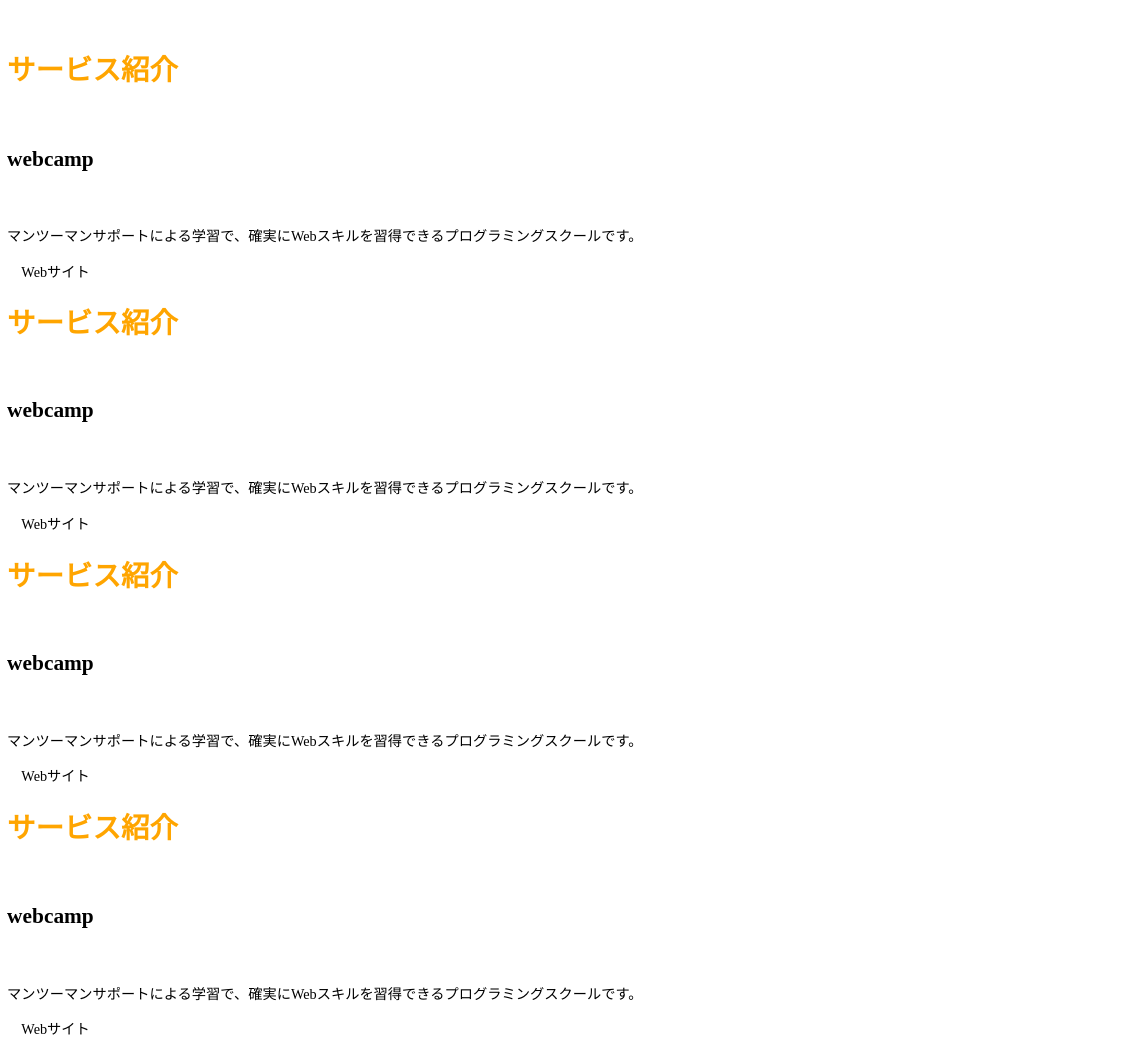
Repository: Takahiro620/dmmwebcamp
Page: enshu2/enshu2.html
The author's editor kept a record of every edit. The page is drawn from the files as they stood at one moment, then again after the next edit.
The browser window is 1280 px wide. The pictures show the whole page, at 89% of full size.

Above is the page before.

### enshu2/enshu2.html
  <head>
    <meta charset="UTF-8" />
    <title>初めてのHTML</title>
    <link rel="stylesheet" href="enshu2style.css" />
  </head>

  <body>
　<h1>サービス紹介</h1>
　<h2>webcamp</h2>
　<p>マンツーマンサポートによる学習で、確実にWebスキルを習得できるプログラミングスクールです。</p>
　<a>Webサイト</a>

　<h1>サービス紹介</h1>
　<h2>webcamp</h2>
　<p>マンツーマンサポートによる学習で、確実にWebスキルを習得できるプログラミングスクールです。</p>
　<a>Webサイト</a>

　　<h1>サービス紹介</h1>
　<h2>webcamp</h2>
　<p>マンツーマンサポートによる学習で、確実にWebスキルを習得できるプログラミングスクールです。</p>
　<a>Webサイト</a>

　　<h1>サービス紹介</h1>
　<h2>webcamp</h2>
　<p>マンツーマンサポートによる学習で、確実にWebスキルを習得できるプログラミングスクールです。</p>
　<a>Webサイト</a>

  </body>
</html>

Loaded but not shown: enshu2/enshu2style.css (common file)

After the next edit:
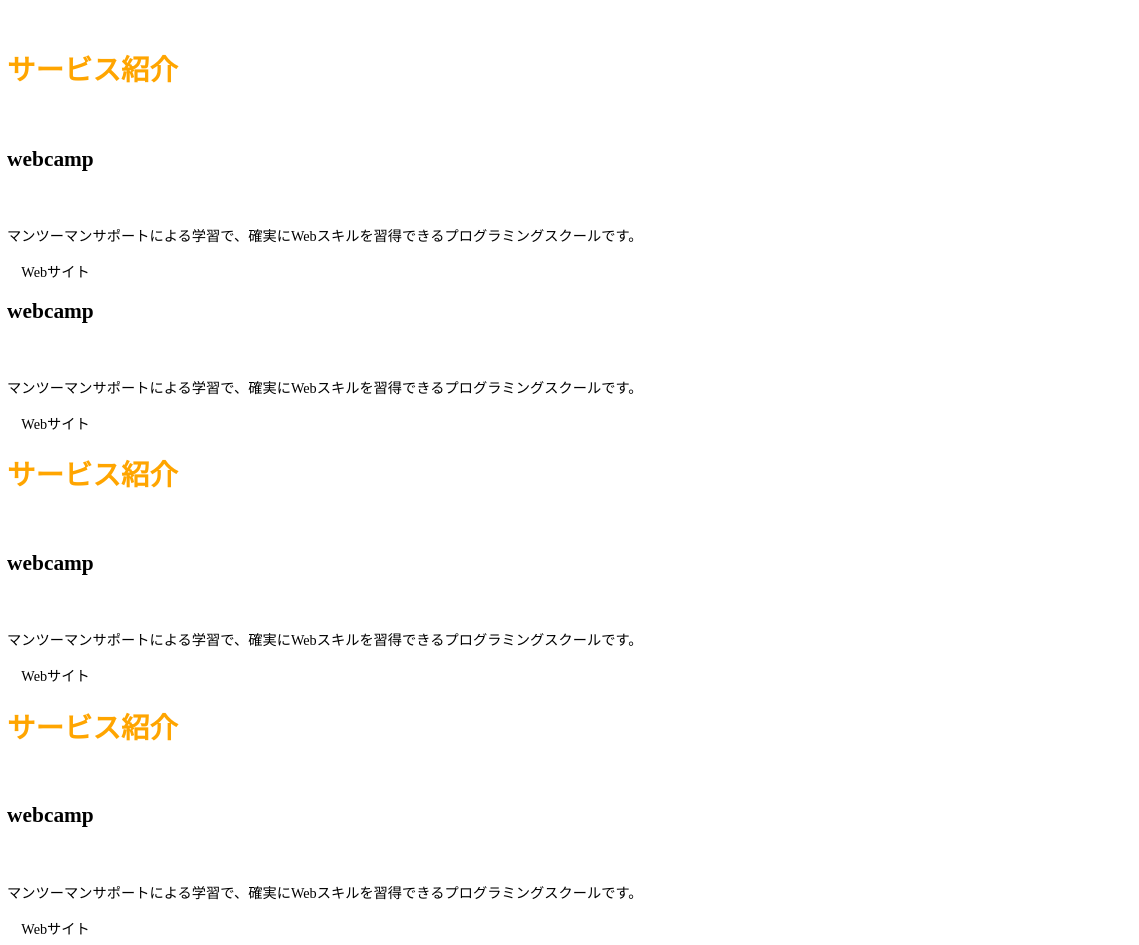
The edit:
--- a/enshu2/enshu2.html
+++ b/enshu2/enshu2.html
@@ -10,7 +10,6 @@
 　<p>マンツーマンサポートによる学習で、確実にWebスキルを習得できるプログラミングスクールです。</p>
 　<a>Webサイト</a>
 
-　<h1>サービス紹介</h1>
 　<h2>webcamp</h2>
 　<p>マンツーマンサポートによる学習で、確実にWebスキルを習得できるプログラミングスクールです。</p>
 　<a>Webサイト</a>
